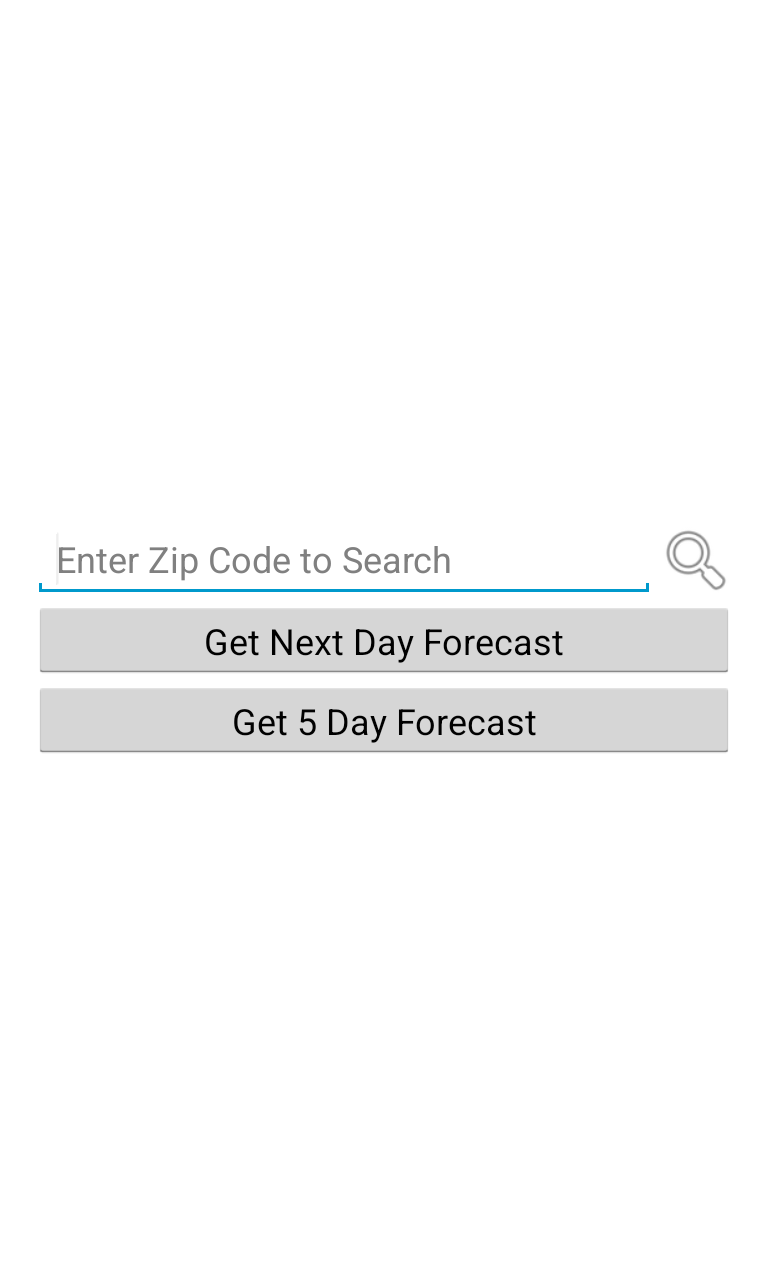
Repository: fsoDannis/J2_913
Layout: WeatherPull/res/layout/activity_main.xml
An editor plug-in stored every save of this project. The layout is shown before and after the next save, followed by the edit.
It is drawn on a 768 x 1280 px phone screen (xhdpi) without system bars, with theme AppTheme; the app's code is not run. Lists and similar views that code fills are empty.

Above is the layout before, as saved 2013-09-15 04:27:39.

### WeatherPull/res/layout/activity_main.xml
<LinearLayout xmlns:android="http://schemas.android.com/apk/res/android"
    xmlns:tools="http://schemas.android.com/tools"
    android:layout_width="match_parent"
    android:layout_height="match_parent"
    android:gravity="center_vertical"
    android:orientation="vertical"
    android:paddingBottom="@dimen/activity_vertical_margin"
    android:paddingLeft="@dimen/activity_horizontal_margin"
    android:paddingRight="@dimen/activity_horizontal_margin"
    android:paddingTop="@dimen/activity_vertical_margin"
    tools:context=".MainActivity" >

    <LinearLayout
        android:layout_width="match_parent"
        android:layout_height="wrap_content"
        android:gravity="center_vertical"
        android:orientation="horizontal"
        tools:ignore="UselessParent" >

        <EditText
            android:id="@+id/editTextZipCode"
            android:layout_width="0dp"
            android:layout_height="wrap_content"
            android:layout_weight="1"
            android:ems="10"
            android:hint="@string/prompt_zip_code"
            android:imeOptions="actionSearch"
            android:inputType="number" >

            <requestFocus />
        </EditText>

        <Button
            android:id="@+id/buttonSearch"
            android:layout_width="40dp"
            android:layout_height="40dp"
            android:background="@android:drawable/ic_menu_search"
            tools:ignore="ContentDescription" />
    </LinearLayout>

            <Button
                android:id="@+id/oneday"
                android:layout_width="match_parent"
                android:layout_height="40dp"
                android:text="Get Next Day Forecast"
                tools:ignore="ContentDescription" />

            <Button
                android:id="@+id/fiveday"
                android:layout_width="match_parent"
                android:layout_height="40dp"
                android:text="Get 5 Day Forecast"
                tools:ignore="ContentDescription" />

	<LinearLayout
android:layout_width="match_parent"
        android:layout_height="wrap_content"
        android:orientation="vertical">

        <ListView
            android:id="@+id/list"
            android:layout_width="match_parent"
            android:layout_height="match_parent"
            android:drawSelectorOnTop="false">
        </ListView>

</LinearLayout>

</LinearLayout>

### WeatherPull/res/values/strings.xml
<?xml version="1.0" encoding="utf-8"?>
<resources>

    <string name="app_name">WeatherPull</string>
    <string name="action_settings">Settings</string>
    <string name="hello_world">Hello world!</string>
    <string name="prompt_zip_code">Enter Zip Code to Search</string>

</resources>

Loaded but not shown: WeatherPull/res/values/styles.xml (common file); WeatherPull/res/values-v11/styles.xml (common file); WeatherPull/res/values-v14/styles.xml (common file); WeatherPull/res/values/dimens.xml (common file)

After the next save:
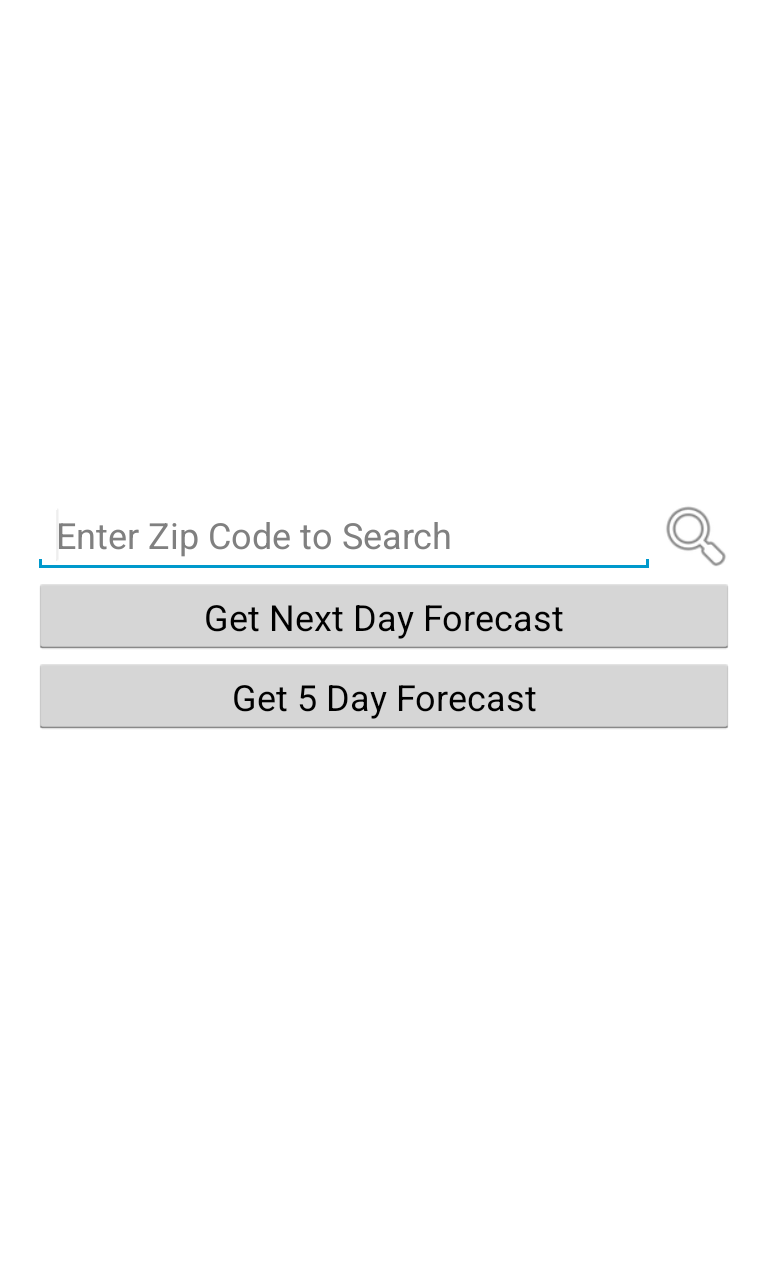
Saved 68 s later.
--- a/WeatherPull/res/layout/activity_main.xml
+++ b/WeatherPull/res/layout/activity_main.xml
@@ -53,9 +53,17 @@
                 tools:ignore="ContentDescription" />
 
 	<LinearLayout
-android:layout_width="match_parent"
+		android:layout_width="match_parent"
         android:layout_height="wrap_content"
         android:orientation="vertical">
+
+	     <TextView
+        android:id="@+id/resultTextView"
+        android:layout_width="match_parent"
+        android:layout_height="match_parent"
+        android:layout_marginTop="5dp"
+        android:autoLink="all"
+        android:text="" />
 
         <ListView
             android:id="@+id/list"
